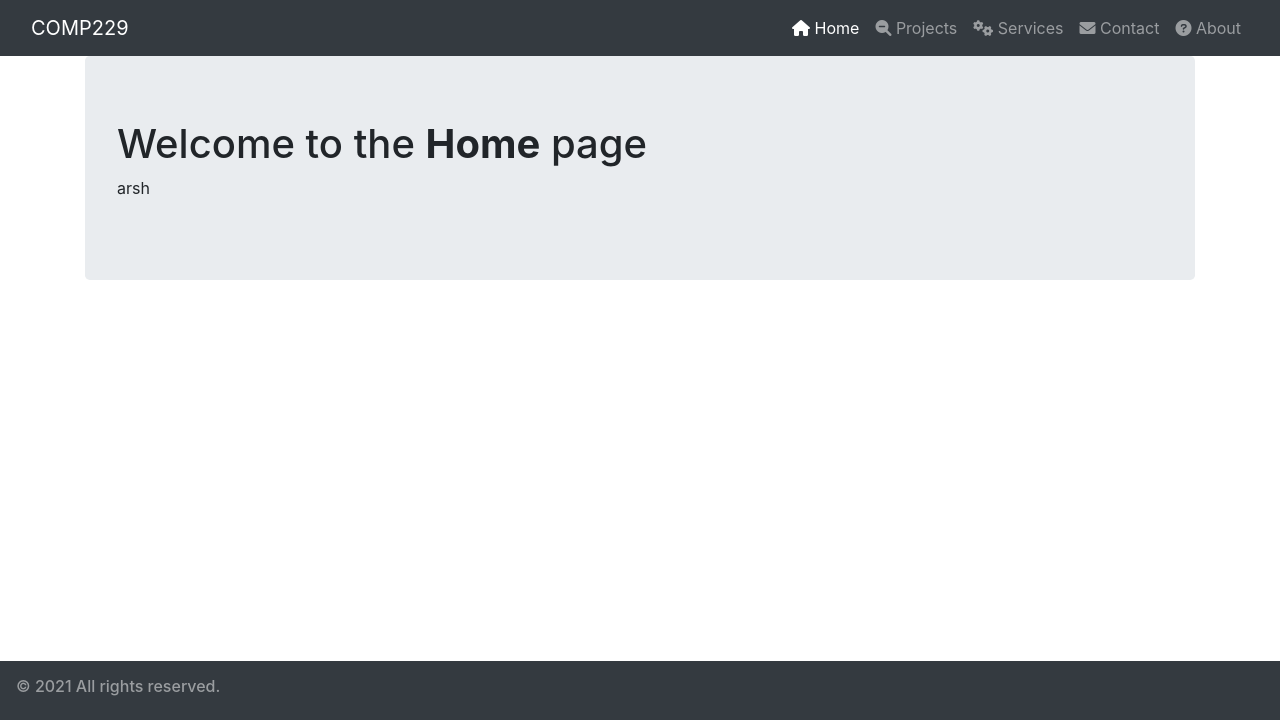
Repository: arsh16/week3_demo2
Page: http://localhost/
These files come from the project's save history. The page is drawn as it stood at one moment and after the next save; the edit follows.
The browser window is 1280 px wide. The pictures show the whole page.
Some web libraries are served in a nearby version. The page is served by the project's Node server (server.js).

Above is the page before, as saved 2021-09-30 17:32:22.

After the next save:
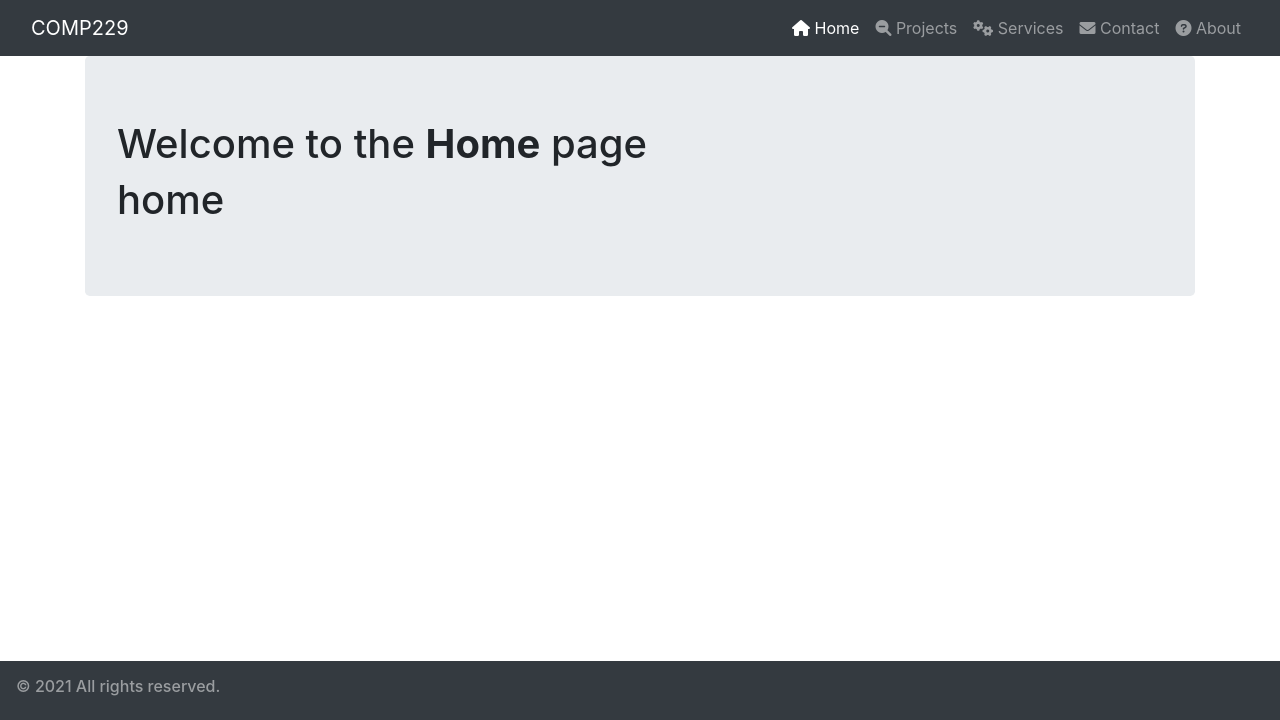
Saved 12 s later.
--- a/views/index.ejs
+++ b/views/index.ejs
@@ -5,7 +5,7 @@
   <main class="container">
     <div class="jumbotron">
     <h1>Welcome to the <b><%= title %></b> page</h1>
-          <%-include contents/about.ejs%>
+          <%-include contents/home.ejs%>
 
   </div>
   </main>
